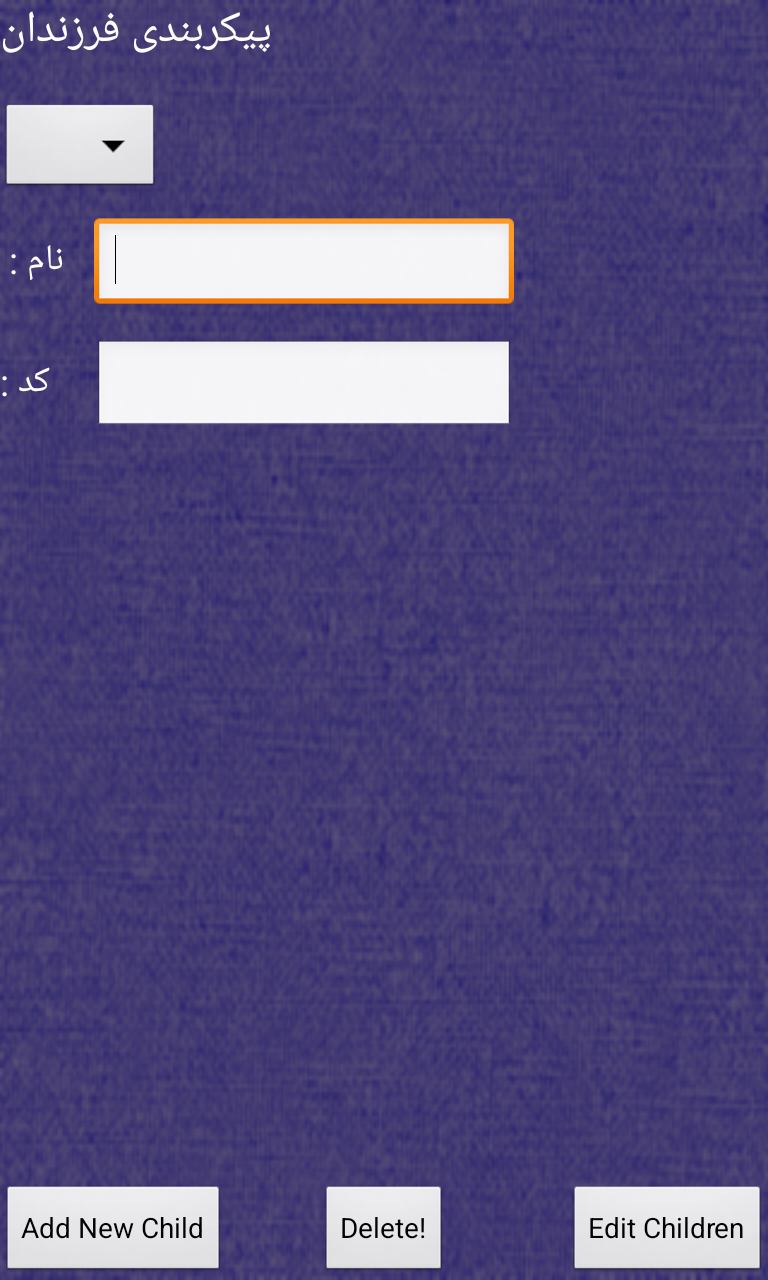
Repository: samanamp/RR-Controller
Layout: RRC app/res/layout/activity_child_setting.xml
These files come from the project's save history. The layout is drawn as it stood at one moment and after the next save; the edit follows.
It is drawn on a 768 x 1280 px phone screen (xhdpi) without system bars, with theme AppTheme; the app's code is not run.

Above is the layout before, as saved 2012-08-09 14:39:16.

After the next save:
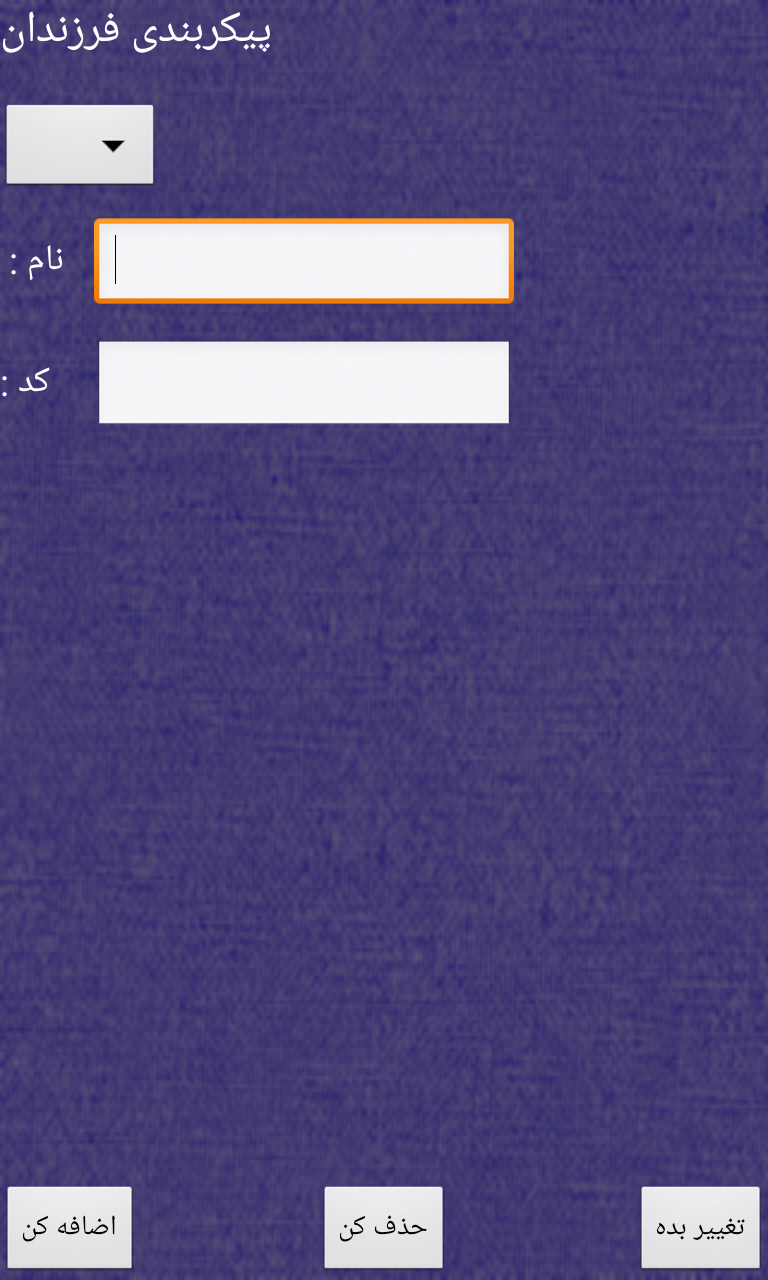
Saved 2 min 25 s later.
--- a/RRC app/res/layout/activity_child_setting.xml
+++ b/RRC app/res/layout/activity_child_setting.xml
@@ -12,7 +12,7 @@
         android:layout_alignParentBottom="true"
         android:layout_alignParentLeft="true"
         android:onClick="newChild"
-        android:text="Add New Child" />
+        android:text="اضافه کن" />
 
     <Button
         android:id="@+id/button2"
@@ -21,7 +21,7 @@
         android:layout_alignParentBottom="true"
         android:layout_alignParentRight="true"
         android:onClick="editChild"
-        android:text="Edit Children" />
+        android:text="تغییر بده" />
 
     <TextView
         android:id="@+id/textView1"
@@ -92,7 +92,7 @@
         android:layout_height="wrap_content"
         android:layout_alignParentBottom="true"
         android:layout_centerHorizontal="true"
-        android:text="Delete!"
+        android:text="حذف کن"
         android:onClick="delChild"/>
 
 </RelativeLayout>
